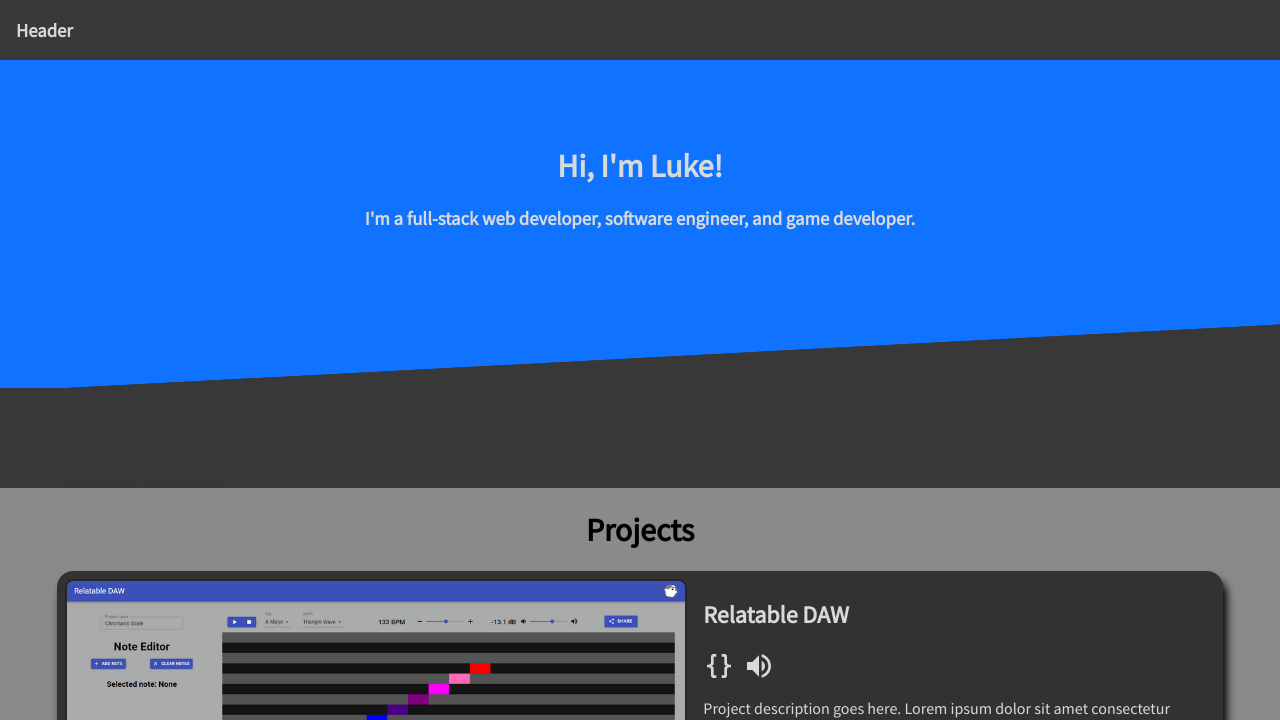
Repository: lbodwell/Personal-Website
Page: index.html
The author's editor kept a copy of each file at every save. The page is drawn from the files as they stood at one save, then again after the next save.
The browser window is 1280 px wide. The pictures show the whole page.
An inner scrolling area shows only its first screen.

Above is the page before, as saved 2022-04-04 04:32:58.

After the next save:
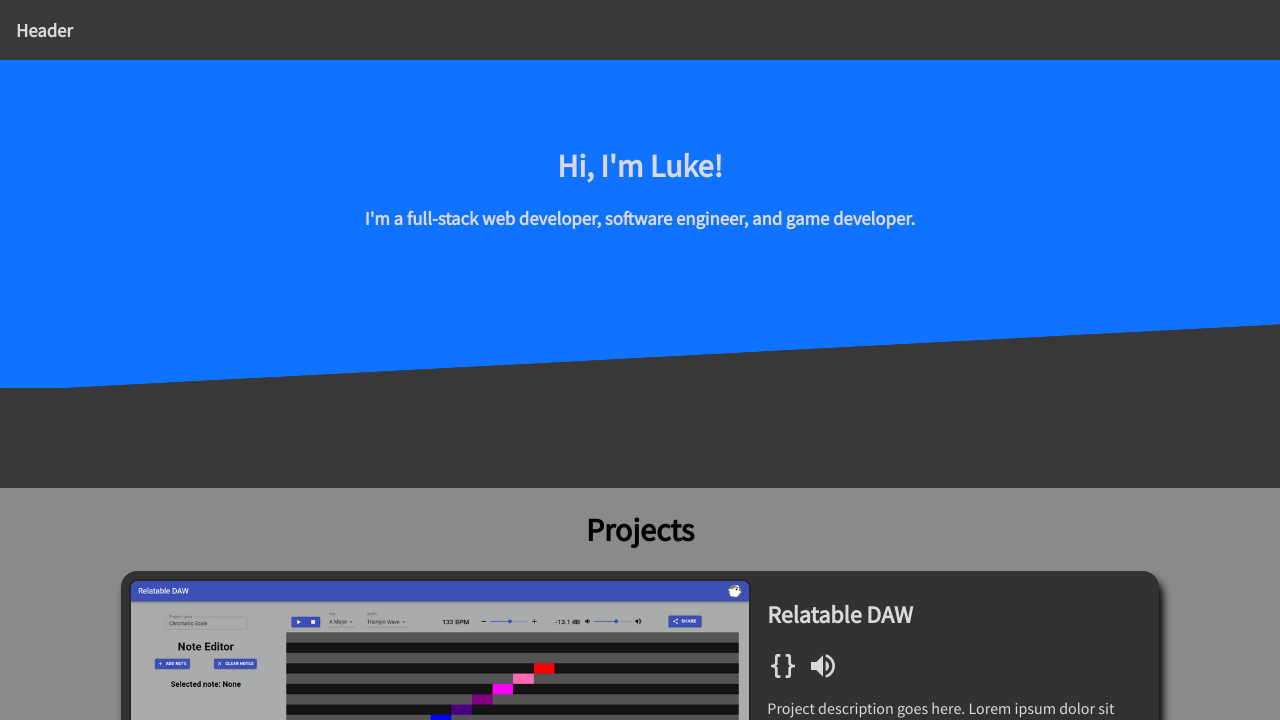
Saved 6 s later.
--- a/styles.css
+++ b/styles.css
@@ -76,7 +76,7 @@
 .project-info {
     display: flex;
     flex-direction: column;
-    width: 32rem;
+    width: 24rem;
     border:
 }
 

After the 2 saves that followed:
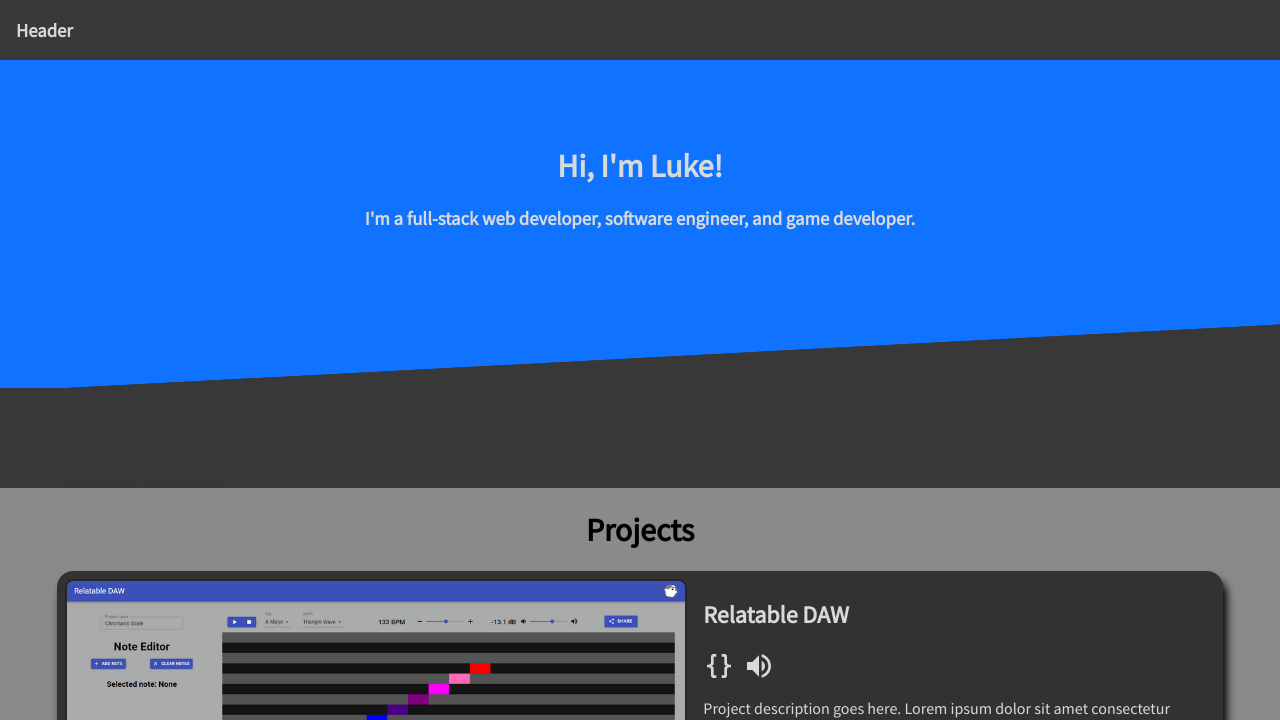
The 2 saves are shown as one change because 1 left the picture as it was.
The last was saved 64 s later.
--- a/index.html
+++ b/index.html
@@ -45,7 +45,7 @@
                                 optio, eaque rerum! Provident similique accusantium nemo autem.</p>
                             <div class="project-links">
                                 <a class="btn" id="btn-demo-proj1" href="https://relatable-daw.com" target="_blank">Live Demo</a>
-                                <a class="btn" id="btn-video-proj1" href="https://relatable-daw.com" target="_blank">Video</a>
+                                <a class="btn" id="btn-video-proj1" href="https://drive.google.com/file/d/1R21yoplPYTj6aw2hVH3COGZ260A-Z0TO/view" target="_blank">Video</a>
                                 <a class="btn" id="btn-code-proj1" href="https://github.com/lbodwell/Relatable-DAW" target="_blank">Code</a>
                             </div>
                         </div>
--- a/styles.css
+++ b/styles.css
@@ -76,7 +76,7 @@
 .project-info {
     display: flex;
     flex-direction: column;
-    width: 24rem;
+    width: 32rem;
     border:
 }
 
